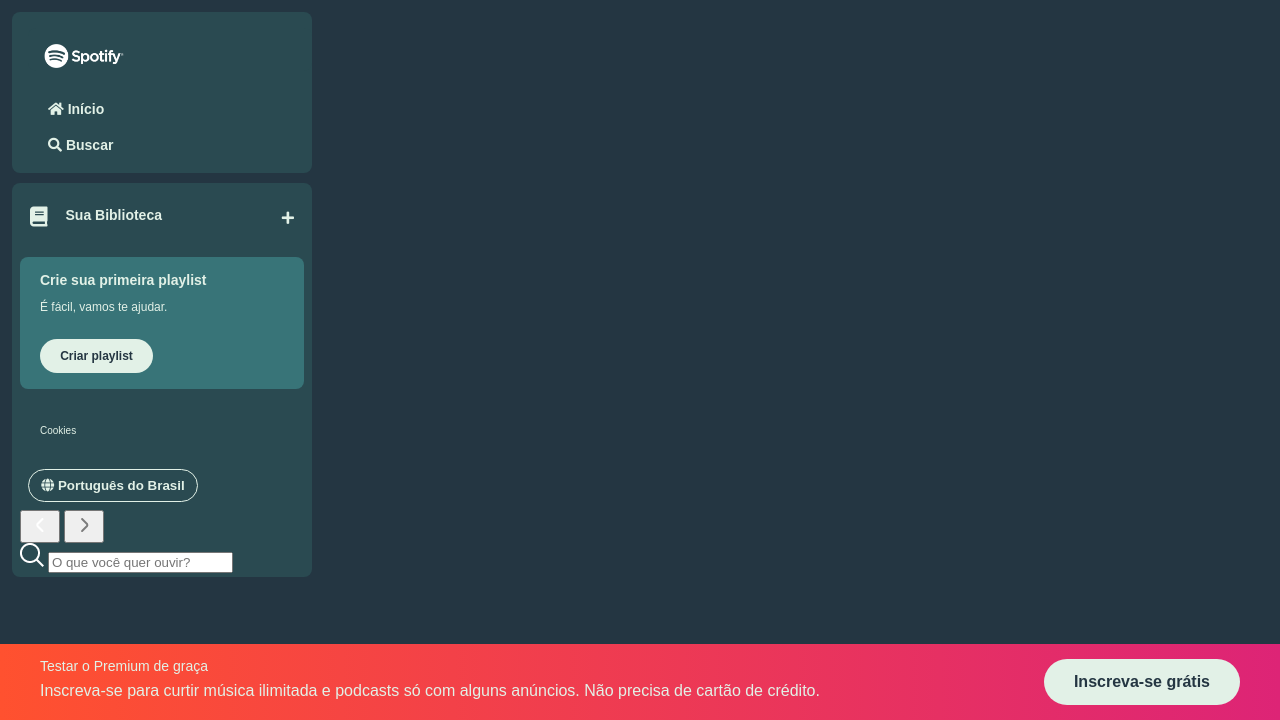
Repository: rafaazevedo-gs/Imers-o-Alura-Front-end
Page: index.html
The author's editor kept a copy of each file at every save. The page is drawn from the files as they stood at one save, then again after the next save.
The browser window is 1280 px wide. The pictures show the whole page.

Above is the page before, as saved 2025-01-30 16:25:24.

### index.html
<!DOCTYPE html>
<html lang="pt-BR">
<head>
    <meta charset="UTF-8">
    <meta name="viewport" content="width=device-width, initial-scale=1.0">
    <title>Spotify</title>
    <link rel="stylesheet" href="src/styles/reset.css">
    <link rel="stylesheet" href="src/styles/vars.css">
    <link rel="stylesheet" href="src/styles/styles.css">
    <link rel="stylesheet" href="https://use.fontawesome.com/releases/v5.15.4/css/solid.css"/>
    <link rel="stylesheet" href="https://use.fontawesome.com/releases/v5.15.4/css/fontawesome.css"/>
    <link rel="shortcut icon" href=".src/icons/favicon.png" type="image/x-icon">
</head>
<body>
    <div class="sidebar">
        <nav class="sidebar__navigation">
            <div class="logo">
                <a href="">
                    <img src="./src/icons/logo-spotify.png" alt="Spotify logo">
                </a>
                </div>
                    <ul>
                        <li>
                            <a href="">
                                <span class="fa fa-home"></span>
                                <span>Início</span>
                            </a>
                        </li>
                        <li>
                            <a href="">
                                <span class="fa fa-search"></span>
                                <span>Buscar</span>
                            </a>
                        </li>
                    </ul>
        </nav>
        <div class="library">
            <div class="library__content">
                <button class="library__button">
                    <span class="fa fas fa-book"></span>
                    <span>Sua Biblioteca</span>
                </button>
                <span class="fa fa-plus"></span>
        </div>

        <section class="section-playlist">
            <div class="section-playlist__content">
                <span class="text title">Crie sua primeira playlist</span>
                <span class="text subtitle">É fácil, vamos te ajudar.</span>
                <button class="section-playlist__button">
                    <span>Criar playlist</span>
                </button>
            </div>
        </section>
        <div class="cookies">
            <a href="">Cookies</a>
        </div>
        <div class="languages">
            <button class="languages__button">
                <span class="fa fa-globe"></span>
                <span>Português do Brasil</span>
            </button>
        </div>

        <main>
            <div class="main-contairner">
                <nav class="header__navigation">
                    <div class="navigation">
                        <button class="arrow-left">
                            <img src="./src/icons/small-left.png" alt="Seta esquerda">
                        </button>
                        <button class="arrow-right">
                            <img src="./src/icons/small-right.png" alt="Seta direita">
                        </button>

                        <div class="header__search">
                            <img src="./src/icons/search.png" alt="">
                            <input id="search-input" type="text" maxlength="800" placeholder="O que você quer ouvir?"/>
                        </div>
                    </div>
                </nav>
            </div>

        </main>

        <footer class="disclaimer-premium">
            <div class="text">
                <p class="disclaimer-premium__title">Testar o Premium de graça</p>
                <p class="disclaimer-premium__subtitle">Inscreva-se para curtir música ilimitada e podcasts só com alguns anúncios. Não precisa de cartão de crédito.</p>
            </div>
            <div class="button">
                <button type="button">Inscreva-se grátis</button>
            </div>
        </footer>
    </div>
</body>
</html>

### src/styles/vars.css
:root {
/* FONT */
--font-dm-sans: 'DM Sans', sans-serif;
}

### src/styles/styles.css
body {
    background-color: #243642;
    font-family: var(--font-dm-sans)
}

.sidebar {
    position: fixed;
    top: 0;
    left: 0;
    bottom: 0;
    padding: 12px;
    width: 300px;
}

.sidebar__navigation {
    background-color: #2a4a51;
    border-radius: 8px;
    padding: 16px 0 0 16px;
}

.sidebar__navigation .logo {
    background: #2a4a51;
    display: flex;
    border-radius: 8px;
    padding: 16px 0 0 16px;
}

.sidebar__navigation .logo img {
    width: 80px;

}

.sidebar ul li {
    padding: 10px 0;
}

.sidebar nav ul {
    margin-top: 20px;
    padding: 0 20px 10px 20px;
}

.sidebar nav ul li a {
    color: #E2F1E7;
    text-decoration: none;
    font-weight: 600;
    font-size: 14px;
}

.library {
    background-color: #2a4a51;
    border-radius: 8px;
    display: flex;
    justify-content: space-between;
    flex-direction: column;
    padding: 4px 8px;
    color: #E2F1E7;
    font-weight: 600;
    font-size: 14px;
    margin-top: 10px;
}

.library .library__content {
    display: flex;
    justify-content: space-between;
}

.library .library__button {
    display: flex;
    margin-right: 10px;
    color: #E2F1E7;
    background-color: transparent;
    border: 0px;
    font-size: 14px;
    font-weight: 700;
    text-align: center;
    text-decoration: none;
    text-transform: none;
    padding: 20px 10px;
}

.library .library__button .fa{
    font-size: 20px;
    font-weight: 300;
    color: #E2F1E7;
    margin-right: 10px;
    padding-right: 8px;
}

.library .library__content .fa-plus {
    margin: 24px 10px;
}

.section-playlist {
    display: flex;
    align-items: flex-start;
    justify-content: space-between;
    gap: 20px;
    background-color: #387478;
    border-radius: 8px;
    color: #E2F1E7;
    font-weight: 600;
    font-size: 14px;
    margin: 8px 0px;
    padding: 16px 20px;
}

.section-playlist .section-playlist__content {
    display: flex;
    flex-direction: column;
}

.section-playlist__content .text {
    padding-bottom: 14px;
    color: #E2F1E7;
}

.section-playlist__content .title {
    font-weight: 700;
}

.section-playlist__content .subtitle {
    font-weight: 500;
    font-size: 12px;
}

.section-playlist__content .section-playlist__button {
    display: flex;
    justify-content: center;
    background-color:#E2F1E7;
    color:#243642;
    border-radius: 20px;
    font-size: 12px;
    font-weight: 700;
    text-decoration: none;
    text-transform: none;
    padding: 10px;
    border: 0px;
    width: 113px;
    margin-top: 12px;
}

.sidebar .cookies {
    margin: 25px 20px;

}

.sidebar .cookies a {
    color: #E2F1E7;
    font-weight: 500;
    font-size: 10px;
    text-decoration: none;
}

.sidebar .cookies a:hover {
    text-decoration: underline;
}

.languages .languages__button {
    background-color:transparent;
    border: 1px solid #E2F1E7;
    border-radius: 20px;
    color: #E2F1E7;
    cursor: pointer;
    align-items: center;
    font-weight: bold;
    width: 170px;
    margin: 8px;
    padding: 8px;
}

.disclaimer-premium {
    position: fixed;
    bottom: 0;
    left: 0;
    right: 0;
    background:linear-gradient(to right, #ff512f, #dd2476);
    padding: 15px 40px;
    display: flex;
    justify-content: space-between;
}

.disclaimer-premium .tex {
    flex-shrink: 0;
}

.disclaimer-premium .disclaimer-premium__title {
    color: #E2F1E7;
    font-weight: 400;
    font-size: 14px;
    margin-bottom: 10px;
}

.disclaimer-premium .disclaimer-premium__subtitle {
    color: #E2F1E7;
    font-weight: 500;
    font-size: 16px;
}

.disclaimer-premium button {
    background-color: #E2F1E7;
    color:#243642;
    font-size: 16px;
    font-weight: bold;
    padding: 14px 30px;
    border: 0px;
    border-radius: 40px;
    cursor: pointer;
    flex-shrink: 0;
}

Loaded but not shown: src/styles/reset.css (common file)

After the next save:
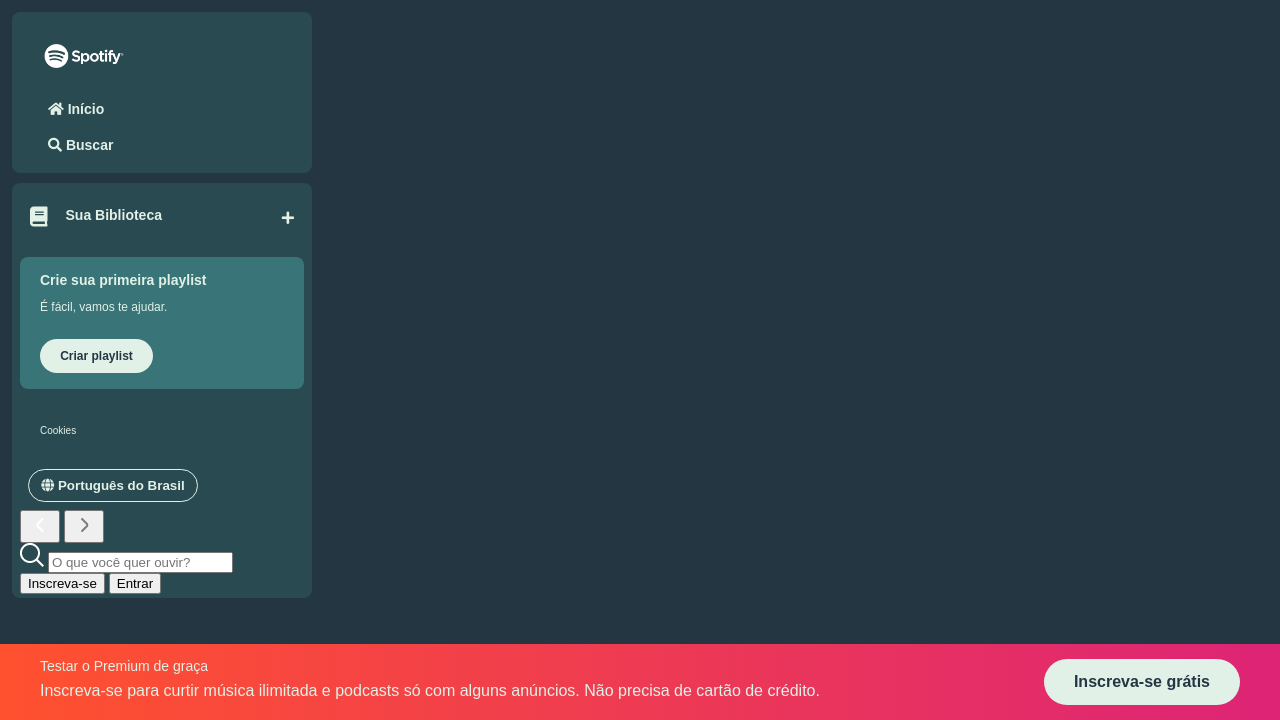
Saved 22 min 34 s later.
--- a/index.html
+++ b/index.html
@@ -77,6 +77,11 @@
                             <img src="./src/icons/search.png" alt="">
                             <input id="search-input" type="text" maxlength="800" placeholder="O que você quer ouvir?"/>
                         </div>
+
+                        <div class="header__login">
+                            <button class="subscribe">Inscreva-se</button>
+                            <button class="login">Entrar</button>
+                        </div>
                     </div>
                 </nav>
             </div>
